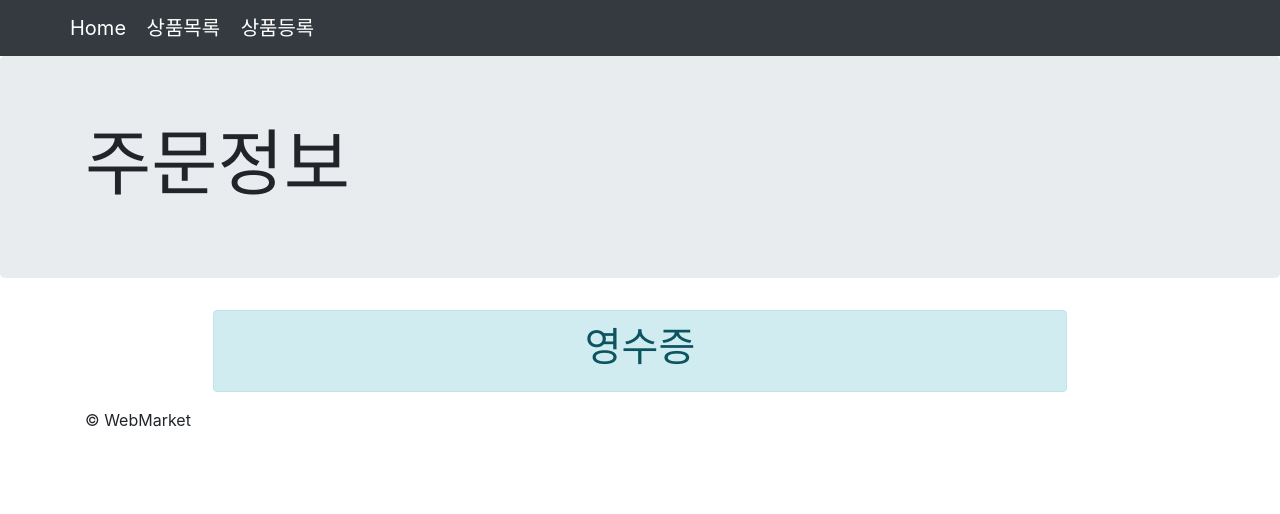
Repository: davisbyun/ai
Page: http://localhost/WebMarket/orderConfirmation.jsp
These files come from the project's save history. The page is drawn as it stood at one moment and after the next save; the edit follows.
The browser window is 1280 px wide. The pictures show the whole page.
The page is served by Tomcat 9. Other server files are loaded and not shown.

Above is the page before, as saved 2024-01-25 03:49:29.

### WebMarket/src/main/webapp/orderConfirmation.jsp
<%@page import="java.net.URLDecoder"%>
<%@ page language="java" contentType="text/html; charset=UTF-8"
    pageEncoding="UTF-8"%>
<%@ page import="java.net.URL" %>
<%@ page import="dao.ProductRepository" %>
<%@ page import="dto.Product" %>
<%@ page import="java.util.*" %>

<%--1단계 모든 정보 가져오기, 2단계 보여주기 --%>
<!DOCTYPE html>
<html>
<head>
<meta charset="UTF-8">
<title>orderConfirmation.jsp 주문정보 페이지 영수증 보이기</title>
<link rel="stylesheet" href="./css/bootstrap.min.css"/>
</head>
<body>
	<%
	 	request.setCharacterEncoding("utf-8");

		String cartId = session.getId();

		String vCartId = "";
		String vCartname ="";
		String vCartSD = "";
		String vCartCountry ="";
		String vCartZip = "";
		String vCartAN ="";

		//쿠키들을 배열에 담아서 가져오기
		Cookie[] c = request.getCookies();

		if(c != null ) {
			for(int i =0; i < c.length; i++ ) {
				Cookie t = c[i]; //쿠키배열의 0열에 있는 쿠키를 t변수에 담는다.
				String cn = t.getName(); //쿠키명을 얻는다.
				if(cn.equals("sCartId") ) vCartId = URLDecoder.decode(t.getValue(), "utf-8");
				if(cn.equals("sCartname") ) vCartname = URLDecoder.decode(t.getValue(), "utf-8");
				if(cn.equals("sCartSD") ) vCartSD = URLDecoder.decode(t.getValue(), "utf-8");
				if(cn.equals("sCartCountry") ) vCartCountry = URLDecoder.decode(t.getValue(), "utf-8");
				if(cn.equals("sCartZip") ) vCartZip = URLDecoder.decode(t.getValue(), "utf-8");
				if(cn.equals("sCartAN") ) vCartAN = URLDecoder.decode(t.getValue(), "utf-8");
			}
		}
	%>
<%--2단계 정보보이기 --%>
<jsp:include page="menu.jsp"></jsp:include>
 <div class="jumbotron">
    <div class="container">
        <h1 class="display-3"> 주문정보 </h1>
    </div>
 </div>
 <div class="container col-8 alert alert-info ">
    <div class="text-center">
      <h1> 영수증 </h1>
    </div>
    <div class="row justify-content-between">

    </div>
 </div>



<jsp:include page="footer.jsp"></jsp:include>
</body>
</html>

### WebMarket/src/main/webapp/menu.jsp
<%@ page language="java" contentType="text/html; charset=UTF-8"
    pageEncoding="UTF-8"%>
<!DOCTYPE html>
<html>
<head>
<meta charset="UTF-8">
<title>Insert title here</title>
<link rel="stylesheet" href="https://cdn.jsdelivr.net/npm/bootstrap@4.0.0/dist/css/bootstrap.min.css" integrity="sha384-Gn5384xqQ1aoWXA+058RXPxPg6fy4IWvTNh0E263XmFcJlSAwiGgFAW/dAiS6JXm" crossorigin="anonymous">
</head>
<body>
	 <nav class="navbar navbar-expand navbar-dark bg-dark">
    <div class="container">
        <div class="navbar-header">
            <a class="navbar-brand" href="./welcome.jsp">Home</a>
            <a class="navbar-brand" href="./welcome.jsp">상품목록</a>
            <a class="navbar-brand" href="./welcome.jsp">상품등록</a>
         </div>
     </div>
   </nav>
</body>
</html>

### WebMarket/src/main/webapp/footer.jsp
<%@ page language="java" contentType="text/html; charset=UTF-8"
    pageEncoding="UTF-8"%>
<!DOCTYPE html>
<html>
<head>
<meta charset="UTF-8">
<title>Insert title here</title>
 <link rel="stylesheet" href="https://cdn.jsdelivr.net/npm/bootstrap@4.0.0/dist/css/bootstrap.min.css" integrity="sha384-Gn5384xqQ1aoWXA+058RXPxPg6fy4IWvTNh0E263XmFcJlSAwiGgFAW/dAiS6JXm" crossorigin="anonymous">
</head>
<body>
     <footer class="container">
	    <p>&copy; WebMarket</p>
	 </footer>
</body>
</html>

Loaded but not shown: WebMarket/src/main/webapp/css/bootstrap.min.css (library)

After the next save:
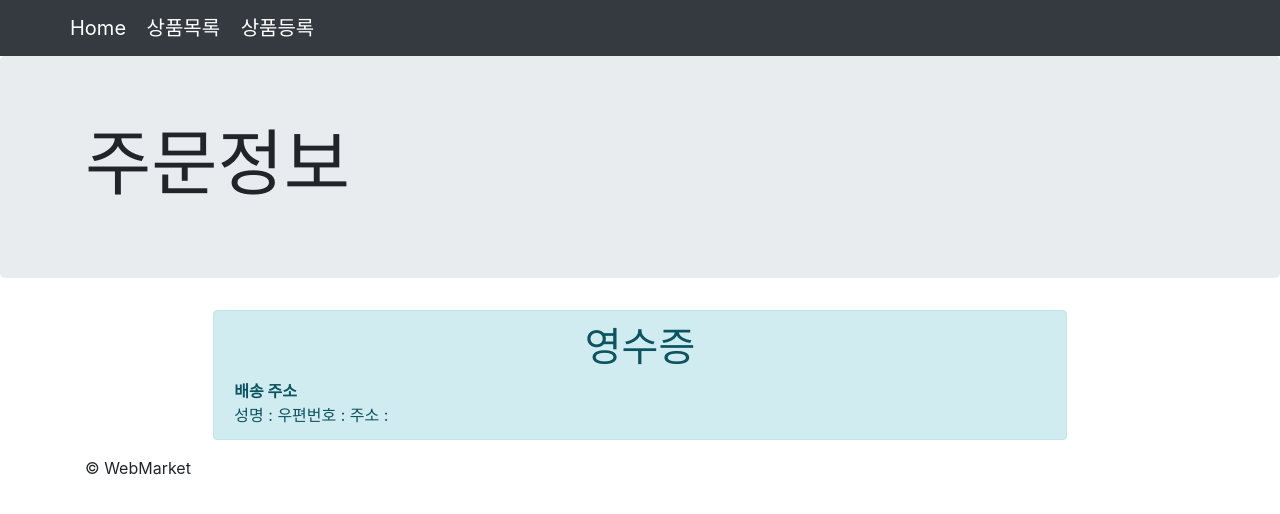
Saved 5 min 8 s later.
--- a/WebMarket/src/main/webapp/orderConfirmation.jsp
+++ b/WebMarket/src/main/webapp/orderConfirmation.jsp
@@ -55,6 +55,12 @@
       <h1> 영수증 </h1>
     </div>
     <div class="row justify-content-between">
+      <div class="col-4" align="left">
+      <strong> 배송 주소 </strong> <br>
+      		   성명 : <%= vCartname %>
+      		   우편번호 : <%= vCartZip %>
+      		   주소 : <%= vCartAN %>
+      </div>
 
     </div>
  </div>
